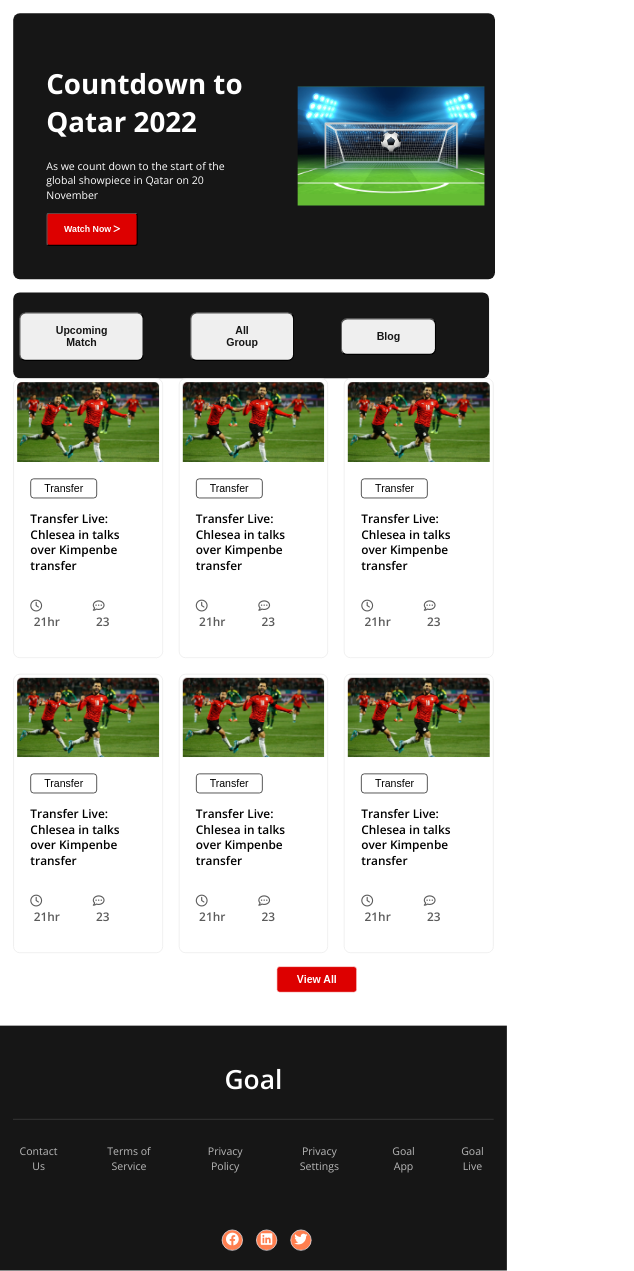
Repository: zjria/Qatar-world-cup
Page: index.html
These files come from the project's save history. The page is drawn as it stood at one moment and after the next save; the edit follows.
The browser window is 768 px wide. The page is 960 px wide, so the pictures cover 960 px, including what lies to the right of the window. The pictures show the whole page, at 66% of full size.

Above is the page before, as saved 2022-09-11 20:37:53.

After the next save:
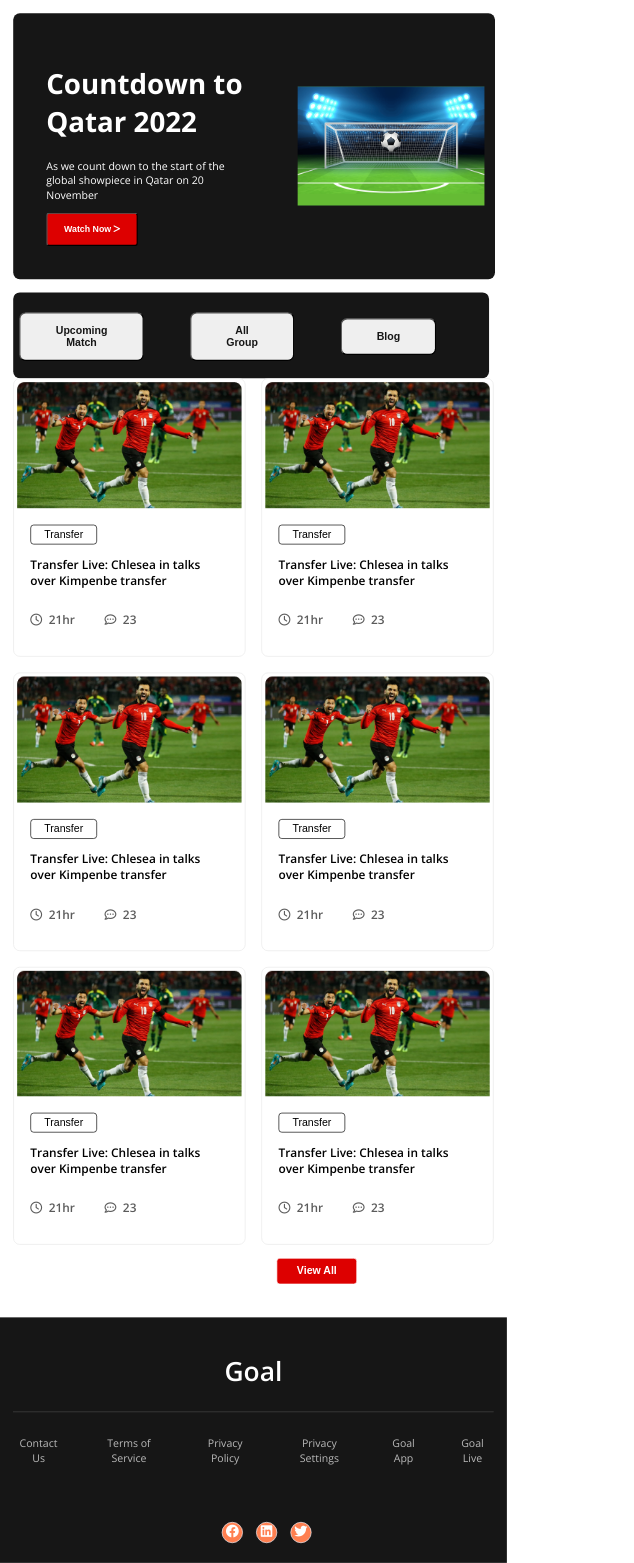
Saved 61 s later.
--- a/style.css
+++ b/style.css
@@ -434,4 +434,11 @@
         display: flex; */
         margin-top: 57%;
     }
-}
+
+    .main-section {
+        /* display: grid;
+        grid-column-gap: 24px;
+        grid-row-gap: 24px; */
+        grid-template-columns: repeat(2, 1fr);
+    }
+}
